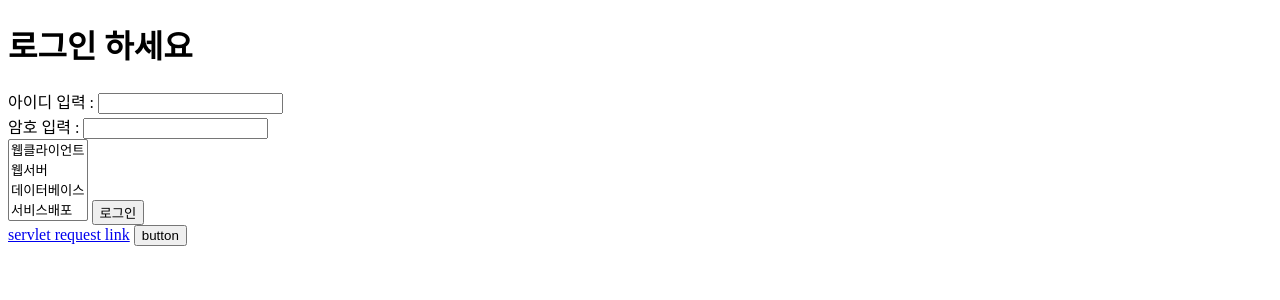
Repository: zwundzwzig/STARTERS
Page: workspace_webserver/servelettest/src/main/webapp/login_js.html
These files come from the project's save history. The page is drawn as it stood at one moment and after the next save; the edit follows.
The browser window is 1280 px wide. The pictures show the whole page.

Above is the page before, as saved 2023-01-04 04:30:24.

After the next save:
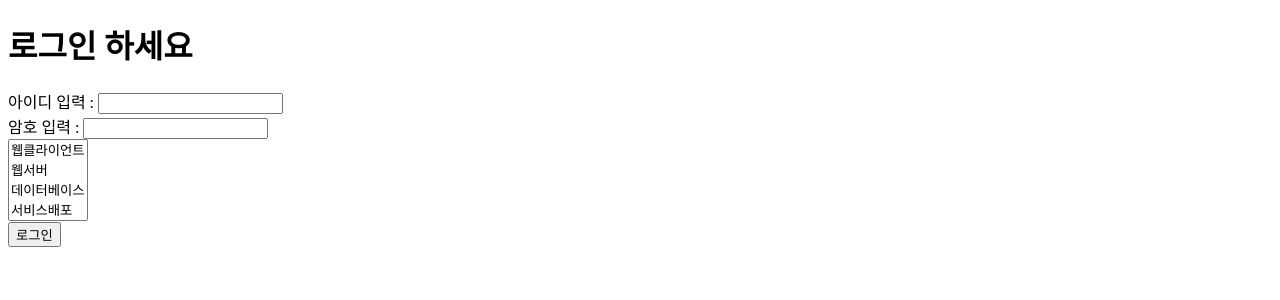
Saved 3 min 2 s later.
--- a/workspace_webserver/servelettest/src/main/webapp/login_js.html
+++ b/workspace_webserver/servelettest/src/main/webapp/login_js.html
@@ -17,14 +17,8 @@
 				<option>데이터베이스</option>
 				<option>서비스배포</option>
 			</select>
+			<br />
 			<input type="submit" value="로그인" />
 		</form>
-		<a href="/servelettest/loginprocess?id=a&pw=1&title=spring">servlet request link</a>
-		<button id="btn">button</button>
-			<script type="text/javascript">
-				document.getElementById("btn").onclick = function() {
-					location.href="/servelettest/loginprocess?id=javascript&pw=1&title=spring"
-				}
-			</script>
 	</body>
 </html>
